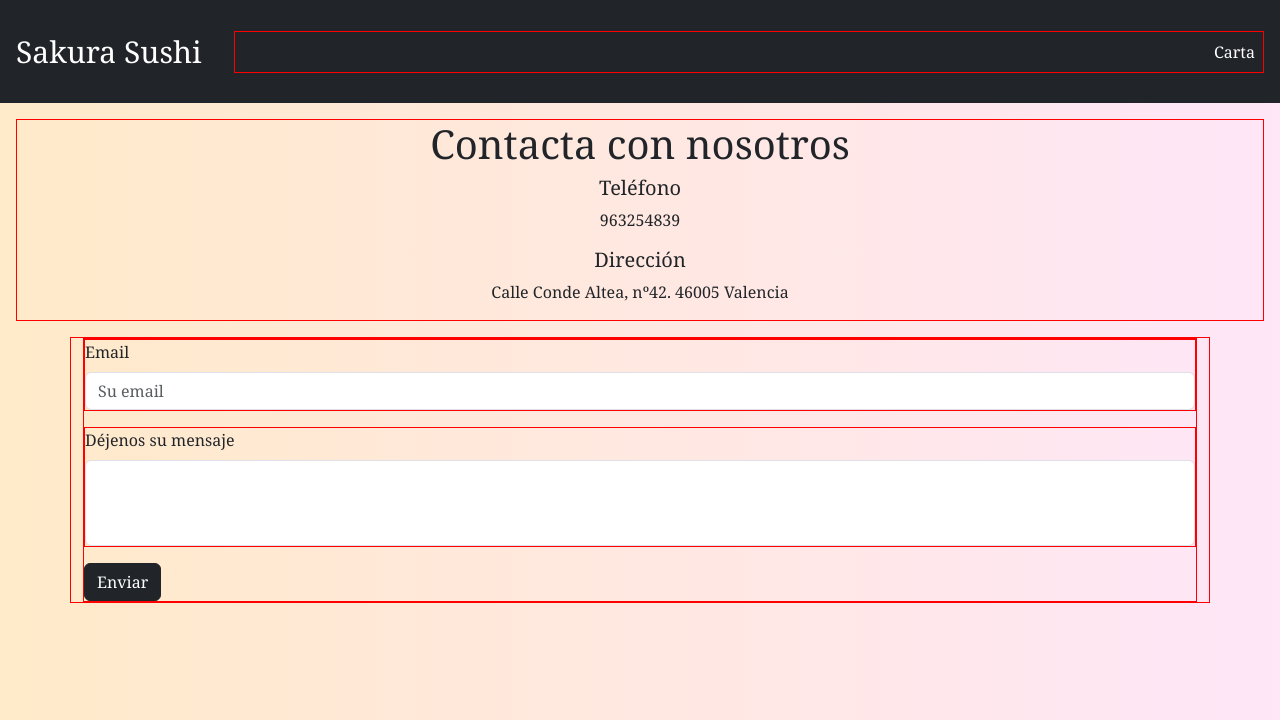
Repository: aipacheco/Fuji-restaurante
Page: contact.html
The author's editor kept a copy of each file at every save. The page is drawn from the files as they stood at one save, then again after the next save.
The browser window is 1280 px wide. The pictures show the whole page.
Some web libraries are served in a nearby version.

Above is the page before, as saved 2024-01-27 11:45:08.

### contact.html
<!DOCTYPE html>
<html lang="en">
  <head>
    <meta charset="UTF-8" />
    <meta name="viewport" content="width=device-width, initial-scale=1.0" />

    <link
      href="https://cdn.jsdelivr.net/npm/bootstrap@5.3.2/dist/css/bootstrap.min.css"
      rel="stylesheet"
      integrity="sha384-T3c6CoIi6uLrA9TneNEoa7RxnatzjcDSCmG1MXxSR1GAsXEV/Dwwykc2MPK8M2HN"
      crossorigin="anonymous"
    />
    <link rel="stylesheet" href="./css/styles.css" />
    <title>Contacta con nosotros</title>
  </head>

  <body>
    <!-- Navbar -->
    <nav class="navbar navbar-expand-lg bg-dark" data-bs-theme="dark">
      <a class="navbar-brand d-flex align-items-center m-3" href="./index.html">
        <span id="icon">Sakura Sushi</span>
      </a>

      <button
        class="navbar-toggler m-3"
        type="button"
        data-toggle="collapse"
        data-target="#navbarNavDropdown"
        aria-controls="navbarNavDropdown"
        aria-expanded="false"
        aria-label="Toggle navigation"
      >
        <span class="navbar-toggler-icon"></span>
      </button>

      <div
        class="collapse navbar-collapse justify-content-end m-3"
        id="navbarNavDropdown"
      >
        <ul class="navbar-nav align-items-center">
          <li class="nav-item active m-2">
            <a href="/menu.html">Carta</a>
          </li>
        </ul>
      </div>
    </nav>

    <div class="row d-flex justify-content-center text-center m-3">

        <h1>Contacta con nosotros</h1>
        <h5>Teléfono</h5>
        <p>963254839</p>
        <h5>Dirección</h5>
        <p>Calle Conde Altea, nº42. 46005 Valencia</p>

    </div>

    <div class="container">
      <div>
        <form action="./answer.html">
          <div class="mb-3">
            <label for="formGroupExampleInput" class="form-label">Email</label>
            <input
              type="email"
              id="formGroupExampleInput"
              class="form-control"
              placeholder="Su email"
              required
            />
          </div>
          <div class="mb-3">
            <label for="exampleFormControlTextarea1" class="form-label"
              >Déjenos su mensaje</label
            >
            <textarea
              class="form-control"
              id="exampleFormControlTextarea1"
              rows="3"
            ></textarea>
          </div>

          <button class="btn btn-dark" type="submit">Enviar</button>
        </form>
      </div>
    </div>
    <script src="https://code.jquery.com/jquery-3.2.1.slim.min.js"></script>
    <script src="https://cdnjs.cloudflare.com/ajax/libs/popper.js/1.12.9/umd/popper.min.js"></script>
    <script src="https://maxcdn.bootstrapcdn.com/bootstrap/4.0.0/js/bootstrap.min.js"></script>
  </body>
</html>

### css/styles.css
body {
  font-family:Georgia, 'Times New Roman', Times, serif !important;
  margin: 0;
  padding: 0;
  background: rgb(255, 234, 201);
  background: linear-gradient(
    90deg,
    rgba(255, 234, 201, 1) 0%,
    rgba(255, 230, 248, 1) 100%
  );
  height: 100vh;
  width: 100vw;
}
div{
  border:1px solid red
}
a{
  text-decoration: none;
  color: white;
}
#icon{
    font-size: 1.5em;
}
textarea{
  resize: none !important;
}
.card{
  background-color: rgba(250, 235, 215, 0.212);
}

After the next save:
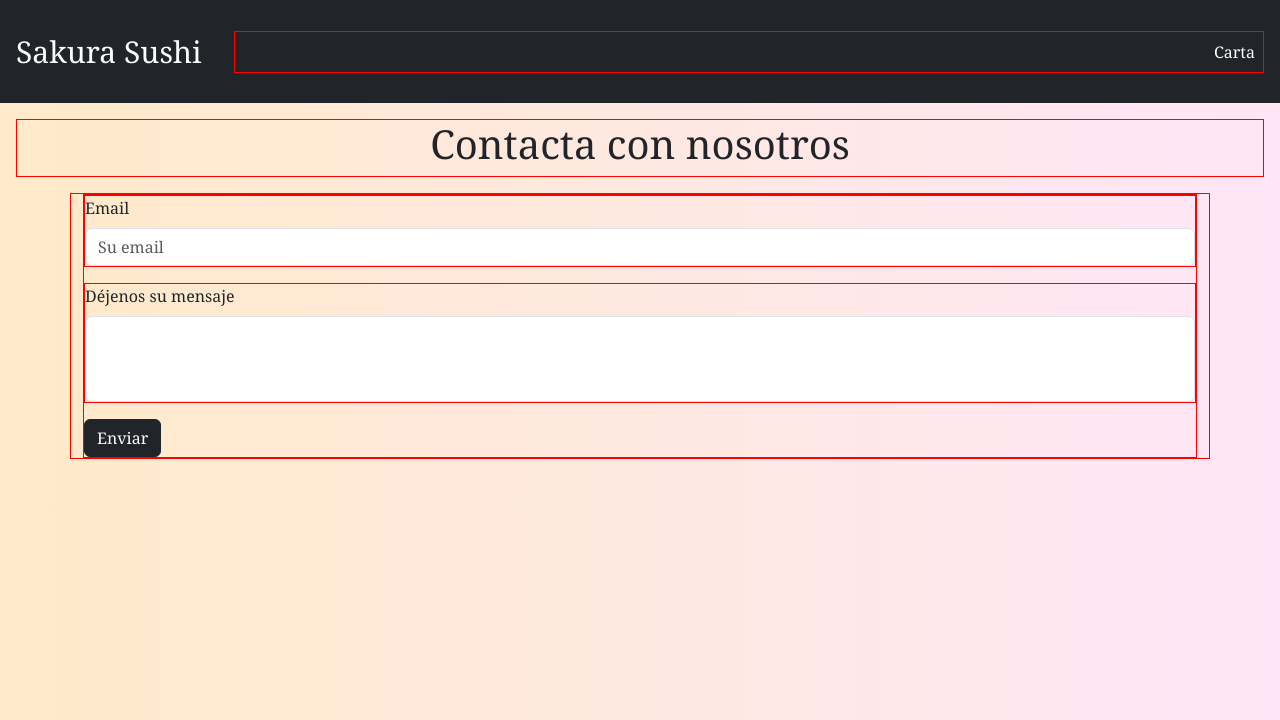
Saved 13 s later.
--- a/contact.html
+++ b/contact.html
@@ -48,10 +48,7 @@
     <div class="row d-flex justify-content-center text-center m-3">
 
         <h1>Contacta con nosotros</h1>
-        <h5>Teléfono</h5>
-        <p>963254839</p>
-        <h5>Dirección</h5>
-        <p>Calle Conde Altea, nº42. 46005 Valencia</p>
+
 
     </div>
 
